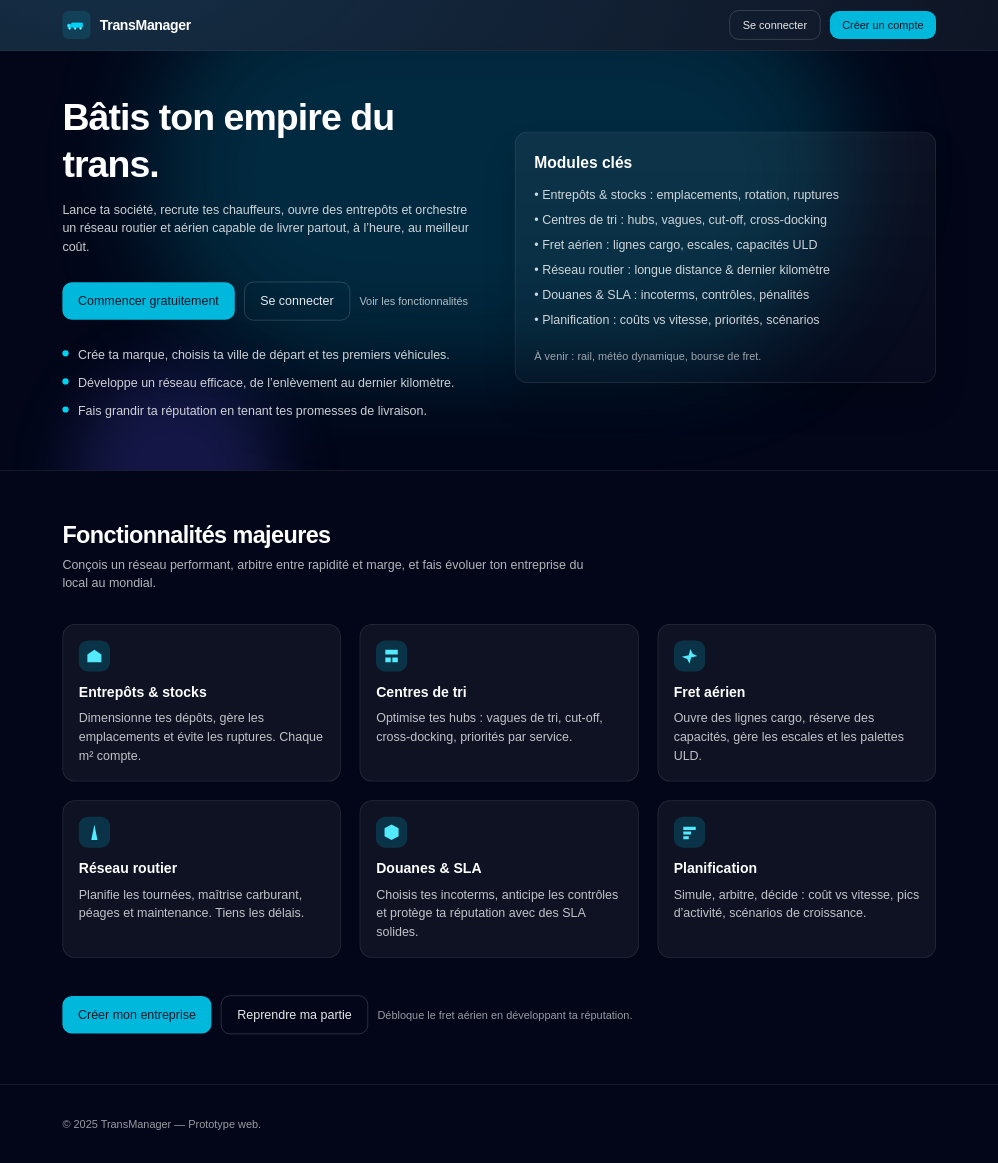
Repository: mathys65/transmanager
Page: /
The author's editor kept a copy of each file at every save. The page is drawn from the files as they stood at one save, then again after the next save.
The browser window is 1280 px wide. The pictures show the whole page, at 78% of full size.
The project was rebuilt for these pictures with package versions that can differ from the ones it lists, and the page was loaded fresh each time. The framework's server and built-in components were replaced by stand-ins that run in the browser. Also part of the build but not shown: next.config.ts.

Above is the page before, as saved 2025-09-14 15:16:06.

### src/app/page.tsx
import Link from "next/link";
import Navbar from "@/components/Navbar";

export default function HomePage() {
  return (
    <main className="min-h-screen bg-slate-950 text-white">
      <Navbar />

      {/* Hero */}
      <section className="relative overflow-hidden">
        <div className="pointer-events-none absolute inset-0">
          <div className="absolute -top-24 left-1/2 h-[500px] w-[900px] -translate-x-1/2 rounded-full bg-cyan-500/20 blur-3xl"></div>
          <div className="absolute -bottom-32 left-24 h-64 w-64 rounded-full bg-indigo-500/20 blur-2xl"></div>
        </div>

        <div className="relative mx-auto max-w-6xl px-4 pb-16 pt-14">
          <div className="grid items-center gap-10 md:grid-cols-2">
            <div>
              <h1 className="text-4xl font-extrabold leading-tight tracking-tight md:text-5xl">
                Bâtis ton empire du trans.
              </h1>
              <p className="mt-4 text-white/80">
                Lance ta société, recrute tes chauffeurs, ouvre des entrepôts et orchestre un réseau
                routier et aérien capable de livrer partout, à l’heure, au meilleur coût.
              </p>

              <div className="mt-8 flex flex-wrap items-center gap-3">
                <Link
                  href="/auth/signup"
                  className="rounded-xl bg-cyan-500 px-5 py-3 font-medium text-slate-900 transition hover:bg-cyan-400"
                >
                  Commencer gratuitement
                </Link>
                <Link
                  href="/auth/signin"
                  className="rounded-xl border border-white/20 px-5 py-3 font-medium text-white/90 transition hover:bg-white/10"
                >
                  Se connecter
                </Link>
                <a
                  href="#features"
                  className="text-sm text-white/70 underline-offset-4 hover:underline"
                >
                  Voir les fonctionnalités
                </a>
              </div>

              <ul className="mt-8 grid max-w-xl gap-3 text-white/80">
                {[
                  "Crée ta marque, choisis ta ville de départ et tes premiers véhicules.",
                  "Développe un réseau efficace, de l’enlèvement au dernier kilomètre.",
                  "Fais grandir ta réputation en tenant tes promesses de livraison.",
                ].map((t) => (
                  <li key={t} className="flex items-start gap-3">
                    <span className="mt-[6px] inline-block h-2 w-2 rounded-full bg-cyan-400"></span>
                    <span>{t}</span>
                  </li>
                ))}
              </ul>
            </div>

            {/* Bloc visuel simple (modules clés) */}
            <div className="relative">
              <div className="rounded-2xl border border-white/10 bg-gradient-to-b from-white/5 to-white/[0.02] p-6 shadow-2xl">
                <h3 className="text-xl font-semibold">Modules clés</h3>
                <ul className="mt-4 space-y-2 text-white/80">
                  <li>• Entrepôts & stocks : emplacements, rotation, ruptures</li>
                  <li>• Centres de tri : hubs, vagues, cut-off, cross-docking</li>
                  <li>• Fret aérien : lignes cargo, escales, capacités ULD</li>
                  <li>• Réseau routier : longue distance & dernier kilomètre</li>
                  <li>• Douanes & SLA : incoterms, contrôles, pénalités</li>
                  <li>• Planification : coûts vs vitesse, priorités, scénarios</li>
                </ul>
                <div className="mt-6 text-sm text-white/60">
                  À venir : rail, météo dynamique, bourse de fret.
                </div>
              </div>
              <div className="pointer-events-none absolute -inset-2 -z-10 rounded-3xl bg-cyan-500/10 blur-2xl"></div>
            </div>
          </div>
        </div>
      </section>

      {/* Features */}
      <section id="features" className="relative border-t border-white/10">
        <div className="mx-auto max-w-6xl px-4 py-16">
          <h2 className="text-2xl font-bold tracking-tight md:text-3xl">Fonctionnalités majeures</h2>
          <p className="mt-2 max-w-2xl text-white/70">
            Conçois un réseau performant, arbitre entre rapidité et marge, et fais évoluer ton
            entreprise du local au mondial.
          </p>

          <div className="mt-10 grid gap-6 md:grid-cols-3">
            <Feature
              title="Entrepôts & stocks"
              desc="Dimensionne tes dépôts, gère les emplacements et évite les ruptures. Chaque m² compte."
              icon={
                <svg viewBox="0 0 24 24" className="h-6 w-6" aria-hidden>
                  <path d="M3 10l9-6 9 6v10H3V10z" fill="currentColor" />
                </svg>
              }
            />
            <Feature
              title="Centres de tri"
              desc="Optimise tes hubs : vagues de tri, cut-off, cross-docking, priorités par service."
              icon={
                <svg viewBox="0 0 24 24" className="h-6 w-6" aria-hidden>
                  <path d="M4 4h16v6H4zM4 14h7v6H4zM13 14h7v6h-7z" fill="currentColor" />
                </svg>
              }
            />
            <Feature
              title="Fret aérien"
              desc="Ouvre des lignes cargo, réserve des capacités, gère les escales et les palettes ULD."
              icon={
                <svg viewBox="0 0 24 24" className="h-6 w-6" aria-hidden>
                  <path d="M2 13l9-2 2-8 3 6 6 3-8 2-2 8-3-6-7-3z" fill="currentColor" />
                </svg>
              }
            />
            <Feature
              title="Réseau routier"
              desc="Planifie les tournées, maîtrise carburant, péages et maintenance. Tiens les délais."
              icon={
                <svg viewBox="0 0 24 24" className="h-6 w-6" aria-hidden>
                  <path d="M12 2l4 20H8L12 2zM3 22h18" fill="currentColor" />
                </svg>
              }
            />
            <Feature
              title="Douanes & SLA"
              desc="Choisis tes incoterms, anticipe les contrôles et protège ta réputation avec des SLA solides."
              icon={
                <svg viewBox="0 0 24 24" className="h-6 w-6" aria-hidden>
                  <path d="M12 2l9 5v10l-9 5-9-5V7l9-5z" fill="currentColor" />
                </svg>
              }
            />
            <Feature
              title="Planification"
              desc="Simule, arbitre, décide : coût vs vitesse, pics d’activité, scénarios de croissance."
              icon={
                <svg viewBox="0 0 24 24" className="h-6 w-6" aria-hidden>
                  <path d="M4 5h16v4H4zM4 11h10v4H4zM4 17h7v4H4z" fill="currentColor" />
                </svg>
              }
            />
          </div>

          <div className="mt-12 flex flex-wrap items-center gap-3">
            <Link
              href="/auth/signup"
              className="rounded-xl bg-cyan-500 px-5 py-3 font-medium text-slate-900 transition hover:bg-cyan-400"
            >
              Créer mon entreprise
            </Link>
            <Link
              href="/auth/signin"
              className="rounded-xl border border-white/20 px-5 py-3 font-medium text-white/90 transition hover:bg-white/10"
            >
              Reprendre ma partie
            </Link>
            <span className="text-sm text-white/60">
              Débloque le fret aérien en développant ta réputation.
            </span>
          </div>
        </div>
      </section>

      {/* Footer */}
      <footer className="border-t border-white/10 py-10">
        <div className="mx-auto max-w-6xl px-4 text-sm text-white/60">
          © {new Date().getFullYear()} TransManager — Prototype web.
        </div>
      </footer>
    </main>
  );
}

function Feature({
  title,
  desc,
  icon,
}: {
  title: string;
  desc: string;
  icon: React.ReactNode;
}) {
  return (
    <div className="group rounded-2xl border border-white/10 bg-white/5 p-5 transition hover:border-cyan-400/50 hover:bg-white/[0.08]">
      <div className="mb-3 inline-flex items-center justify-center rounded-xl bg-cyan-500/20 p-2 text-cyan-300">
        {icon}
      </div>
      <h3 className="text-lg font-semibold">{title}</h3>
      <p className="mt-2 text-white/75">{desc}</p>
    </div>
  );
}

### src/components/Navbar.tsx
"use client";

import Link from "next/link";

export default function Navbar() {
  return (
    <header className="sticky top-0 z-40 w-full border-b border-white/10 bg-[radial-gradient(1200px_400px_at_10%_-20%,rgba(56,189,248,0.15),transparent),linear-gradient(to_right,rgba(17,24,39,0.85),rgba(17,24,39,0.85))] backdrop-blur">
      <div className="mx-auto flex h-16 max-w-6xl items-center justify-between px-4">
        <Link href="/" className="flex items-center gap-3">
          {/* Logo : camion minimaliste */}
          <div className="inline-flex h-9 w-9 items-center justify-center rounded-lg bg-cyan-500/15">
            <svg
              viewBox="0 0 64 32"
              width="28"
              height="28"
              fill="none"
              stroke="currentColor"
              strokeWidth="2"
              className="text-cyan-400"
            >
              {/* Cabine */}
              <rect x="6" y="14" width="12" height="9" rx="1.5" fill="currentColor" />
              {/* Fenêtre cabine */}
              <rect x="7.5" y="15.5" width="5" height="4" rx="0.5" fill="white" />
              {/* Remorque */}
              <rect x="18" y="10" width="32" height="13" rx="2" fill="currentColor" />
              {/* Roues */}
              <circle cx="12" cy="26" r="3" fill="white" stroke="currentColor" strokeWidth="2" />
              <circle cx="28" cy="26" r="3" fill="white" stroke="currentColor" strokeWidth="2" />
              <circle cx="44" cy="26" r="3" fill="white" stroke="currentColor" strokeWidth="2" />
            </svg>
          </div>
          <span className="text-lg font-semibold tracking-tight text-white">TransManager</span>
        </Link>

        <nav className="flex items-center gap-3">
          <Link
            href="/auth/signin"
            className="rounded-xl border border-white/20 px-4 py-2 text-sm text-white/90 transition hover:bg-white/10"
          >
            Se connecter
          </Link>
          <Link
            href="/auth/signup"
            className="rounded-xl bg-cyan-500 px-4 py-2 text-sm font-medium text-slate-900 transition hover:bg-cyan-400"
          >
            Créer un compte
          </Link>
        </nav>
      </div>
    </header>
  );
}

Loaded but not shown: src/app/layout.tsx (common file); src/app/globals.css (common file)

After the next save:
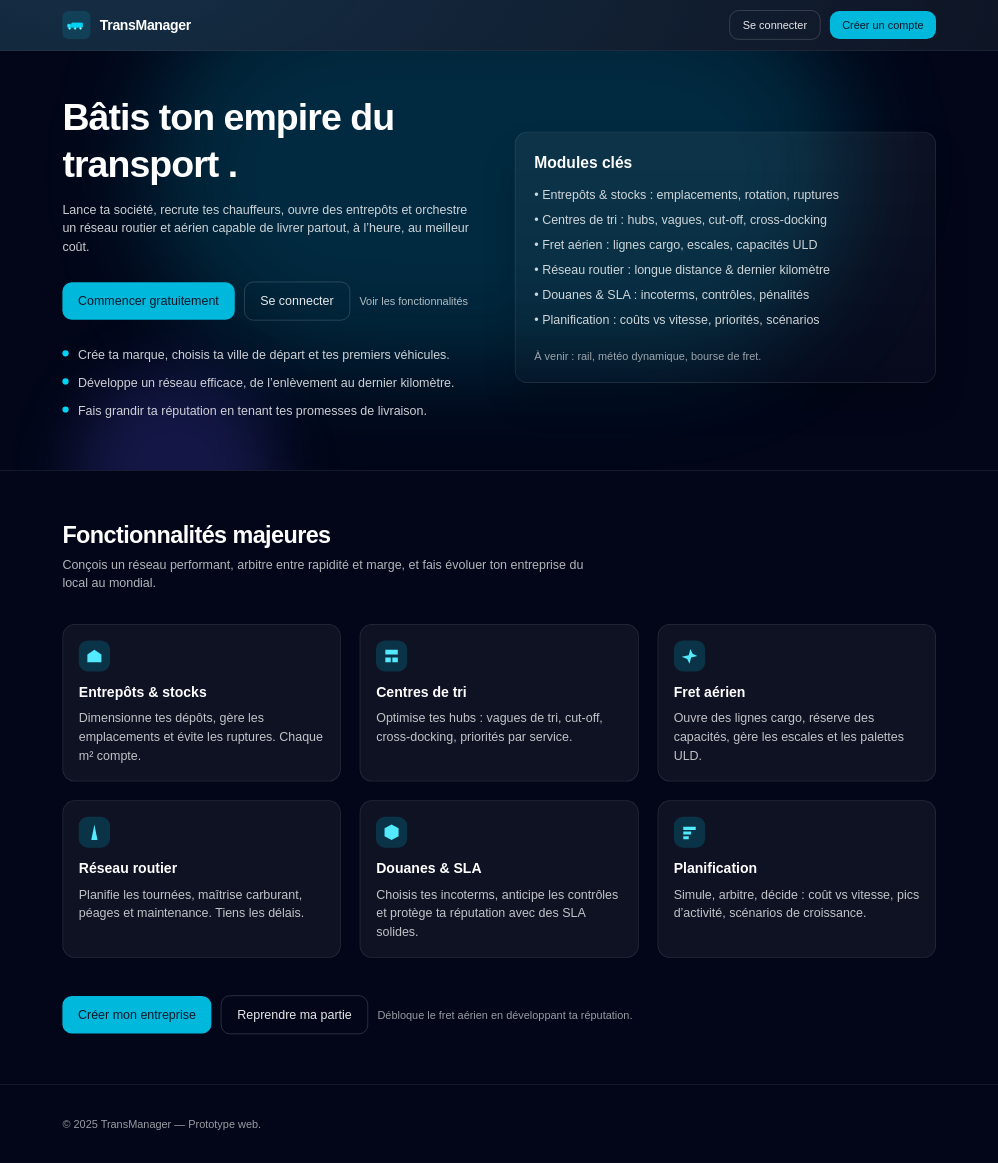
Saved 4 s later.
--- a/src/app/page.tsx
+++ b/src/app/page.tsx
@@ -17,7 +17,8 @@ export default function HomePage() {
           <div className="grid items-center gap-10 md:grid-cols-2">
             <div>
               <h1 className="text-4xl font-extrabold leading-tight tracking-tight md:text-5xl">
-                Bâtis ton empire du trans.
+                Bâtis ton empire du transport
+              .
               </h1>
               <p className="mt-4 text-white/80">
                 Lance ta société, recrute tes chauffeurs, ouvre des entrepôts et orchestre un réseau
